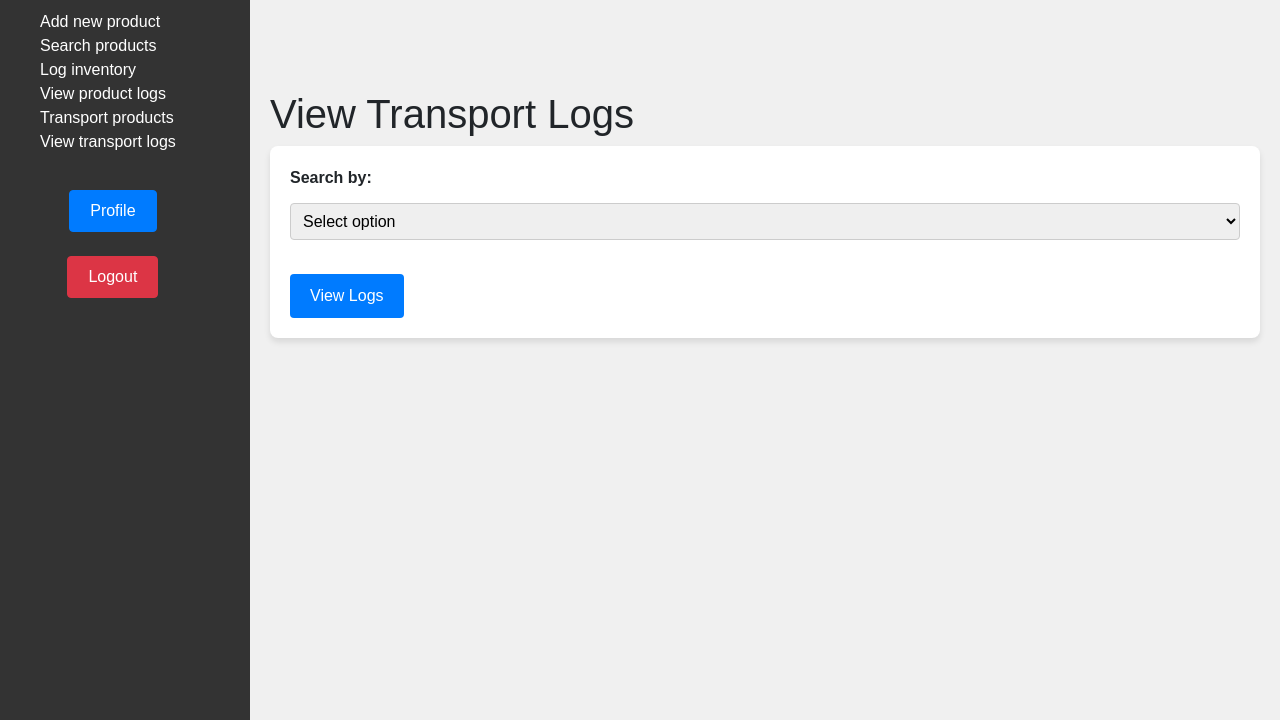
Repository: Warspinix/Flask-Web-Applications
Page: http://localhost/view_transport_logs
An editor plug-in stored every save of this project. The page is shown before and after the next save, followed by the edit.
The browser window is 1280 px wide. The pictures show the whole page.
The page is served by the project's application, run on Flask 3 (app.py). The session is filled in as if someone had signed in: {"user_id": 1, "first_name": "John"}.

Above is the page before, as saved 2024-06-13 20:54:27.
Console error: TypeError: Cannot read properties of null (reading 'addEventListener')

### templates/view_transport_logs.html
<!DOCTYPE html>
<html lang="en">
<head>
    <meta charset="UTF-8">
    <meta name="viewport" content="width=device-width, initial-scale=1.0">
    <title>View Transport Logs</title>
    <link rel="stylesheet" href="https://maxcdn.bootstrapcdn.com/bootstrap/4.0.0/css/bootstrap.min.css">
    <link rel="stylesheet" type="text/css" href="{{ url_for('static', filename='style.css') }}">
    <style>
        /* Additional styles specific to this page can be added here */
    </style>
</head>
<body>

    <!-- Navigation Bar -->
    <nav class="navbar" id="navbar">
        <div class="navbar-container">
            <!-- Functionality list -->
            <ul class="navbar-menu" id="menu">
                <li><a href="{{ url_for('add_product') }}">Add new product</a></li>
                <li><a href="{{ url_for('search_products') }}">Search products</a></li>
                <li><a href="{{ url_for('log_inventory') }}">Log inventory</a></li>
                <li><a href="{{ url_for('view_product_logs') }}">View product logs</a></li>
                <li><a href="{{ url_for('transport_products') }}">Transport products</a></li>
                <li><a href="{{ url_for('view_transport_logs') }}">View transport logs</a></li>
            </ul>

            <div class="profile-logout">
                <a href="{{ url_for('profile') }}" class="btn btn-primary">Profile</a><br>
                <a href="{{ url_for('logout') }}" class="btn btn-danger">Logout</a>
            </div>
        </div>
    </nav>

    <!-- Content Area -->
    <div class="content">
        <h1>View Transport Logs</h1>
        <form action="" method="post">
            {{ form.hidden_tag() }}
            <label for="search_by">Search by:</label>
            <select id="search_by" name="search_by">
                <option value="">Select option</option>
                <option value="id">Product ID</option>
                <option value="month">Month</option>
                <option value="both">Both</option>
            </select>
            <br><br>
            <div id="id_search" style="display: none;">
                <label for="product_id">Product ID:</label>
                <input type="number" id="product_id" name="product_id"><br><br>
            </div>
            <div id="month_search" style="display: none;">
                <label for="month">Select month:</label>
                <select id="month" name="month">
                    <option value="">Select month</option>
                    <option value="1">January</option>
                    <option value="2">February</option>
                    <option value="3">March</option>
                    <option value="4">April</option>
                    <option value="5">May</option>
                    <option value="6">June</option>
                    <option value="7">July</option>
                    <option value="8">August</option>
                    <option value="9">September</option>
                    <option value="10">October</option>
                    <option value="11">November</option>
                    <option value="12">December</option>
                </select>
                <br><br>
            </div>
            <input type="submit" value="View Logs">
        </form>

        {% if transport_logs %}
            <h2>Transport Logs:</h2>
            <table>
                <tr>
                    <th>ID</th>
                    <th>Product ID</th>
                    <th>Product Name</th>
                    <th>Quantity Transported</th>
                    <th>Log Date</th>
                    <th>Log Time</th>
                    <th>Logged by</th>
                </tr>
                {% for log in transport_logs %}
                <tr>
                    <td>{{ log[0] }}</td>
                    <td>{{ log[1] }}</td>
                    <td>{{ log[2] }}</td>
                    <td>{{ log[3] }}</td>
                    <td>{{ log[4] }}</td>
                    <td>{{ log[5] }}</td>
                    <td>{{ log[6] }}</td>
                </tr>
                {% endfor %}
            </table>
        {% endif %}
    </div>

    <!-- JavaScript for Navbar Toggle -->
    <script>
        const menuToggle = document.getElementById('menu-toggle');
        const sideNav = document.getElementById('side-nav');
        const navbar = document.getElementById('navbar');
        const menu = document.getElementById('menu');

        menuToggle.addEventListener('click', function() {
            sideNav.classList.toggle('active');
            navbar.classList.toggle('active');
            menu.classList.toggle('active');
        });

        document.getElementById('search_by').addEventListener('change', function() {
            var search_by = document.getElementById('search_by').value;
            if (search_by == 'id') {
                document.getElementById('id_search').style.display = 'block';
                document.getElementById('month_search').style.display = 'none';
            } else if (search_by == 'month') {
                document.getElementById('id_search').style.display = 'none';
                document.getElementById('month_search').style.display = 'block';
            } else if (search_by == 'both') {
                document.getElementById('id_search').style.display = 'block';
                document.getElementById('month_search').style.display = 'block';
            } else {
                document.getElementById('id_search').style.display = 'none';
                document.getElementById('month_search').style.display = 'none';
            }
        });
    </script>
</body>
</html>

### app.py
from flask import Flask, render_template, redirect, url_for, flash, session
import flask_mysqldb
from flask_wtf import FlaskForm
from wtforms import StringField, PasswordField, SubmitField, IntegerField, SelectField
from wtforms.validators import DataRequired, NumberRange, Optional
import os
import datetime
from flask_bcrypt import Bcrypt

secret_key = os.urandom(24).hex()

app = Flask(__name__)
app.config["SECRET_KEY"] = secret_key
app.config["MYSQL_HOST"] = "localhost"
app.config["MYSQL_USER"] = "root"
app.config["MYSQL_PASSWORD"] = ""
app.config["MYSQL_DB"] = "inventory"

bcrypt = Bcrypt(app)

mysql = flask_mysqldb.MySQL(app)

class RegistrationForm(FlaskForm):
    email = StringField("Email", validators=[DataRequired()])
    first_name = StringField("First Name", validators=[DataRequired()])
    last_name = StringField("Last Name", validators=[DataRequired()])
    password = PasswordField("Password", validators=[DataRequired()])
    submit = SubmitField("Register")

class LoginForm(FlaskForm):
    user_id = StringField("User ID", validators=[DataRequired()])
    password = PasswordField("Password", validators=[DataRequired()])
    submit = SubmitField("Login")

class AddProductForm(FlaskForm):
    product_name = StringField("Product Name", validators=[DataRequired()])
    submit = SubmitField("Add Product")

class SearchForm(FlaskForm):
    search_by = StringField("Search by", validators=[DataRequired()])
    search_term = StringField("Search term", validators=[DataRequired()])
    submit = SubmitField("Search")

class AddToInventoryForm(FlaskForm):
    product_id = StringField("Product ID", validators=[DataRequired()])
    quantity_added = StringField("Quantity to add", validators=[DataRequired()])
    submit = SubmitField("Add to Inventory")

from flask_wtf import FlaskForm
from wtforms import SelectField, StringField, SubmitField
from wtforms.validators import DataRequired, Optional

class ViewProductLogsForm(FlaskForm):
    search_by = SelectField("Search by", choices=[
        ('', 'Select option'),
        ('id', 'Product ID'),
        ('month', 'Month'),
        ('both', 'Both')
    ], validators=[DataRequired()])
    product_id = StringField("Product ID", validators=[Optional()])
    month = SelectField("Select month", choices=[
        ('', 'Select month'),
        ('1', 'January'), ('2', 'February'), ('3', 'March'), ('4', 'April'),
        ('5', 'May'), ('6', 'June'), ('7', 'July'), ('8', 'August'),
        ('9', 'September'), ('10', 'October'), ('11', 'November'), ('12', 'December')
    ], validators=[Optional()])
    submit = SubmitField("View Logs")


class TransportForm(FlaskForm):
    product_id = IntegerField('Product ID', validators=[DataRequired(), NumberRange(min=1)])
    quantity_transported = IntegerField('Quantity to transport', validators=[DataRequired(), NumberRange(min=1)])
    submit = SubmitField('Transport')

class ViewTransportLogsForm(FlaskForm):
    search_by = SelectField("Search by", choices=[('', 'Select option'), ('id', 'Product ID'), ('month', 'Month'), ('both', 'Both')], validators=[DataRequired()])
    product_id = StringField("Product ID", validators=[Optional()])
    month = StringField("Select month", validators=[Optional()])
    submit = SubmitField("View Logs")


@app.route("/")
def index():
    return render_template("index.html")

@app.route("/register", methods=["GET", "POST"])
def register():
    form = RegistrationForm()
    if form.validate_on_submit():
        cur = mysql.connection.cursor()
        cur.execute("SELECT COUNT(*) FROM users")
        count = cur.fetchone()[0] + 1
        user_id = str(datetime.date.today().year) + str(count).zfill(3)
        registration_date = datetime.date.today()
        registration_time = datetime.datetime.now().time()
        hashed_password = bcrypt.generate_password_hash(form.password.data).decode('utf-8')
        cur.execute("INSERT INTO users (id, email, first_name, last_name, password, registration_date, registration_time) VALUES (%s, %s, %s, %s, %s, %s, %s)",
                    (user_id, form.email.data, form.first_name.data, form.last_name.data, hashed_password, registration_date, registration_time))
        mysql.connection.commit()
        # flash("Registration successful! You will be redirected to the home page in 3 seconds.")
        # return render_template("register_success.html")
        return redirect(url_for("index"))
    return render_template("register.html", form=form)

@app.route("/login", methods=["GET", "POST"])
def login():
    form = LoginForm()
    if form.validate_on_submit():
        cur = mysql.connection.cursor()
        print(form.user_id.data)
        print(form.password.data)
        cur.execute("SELECT password, first_name FROM users WHERE email = %s", (form.user_id.data,))
        result = cur.fetchone()
        print(result)
        if result:
            hashed_password = result[0]
            if bcrypt.check_password_hash(hashed_password, form.password.data):
                session['user_id'] = form.user_id.data
                session['first_name'] = result[1]  # Store first name in session
                return redirect(url_for("dashboard"))
            else:
                flash("Invalid user ID or password")
        else:
            flash("Invalid user ID or password")
    return render_template("login.html", form=form)

@app.route("/logout")
def logout():
    session.pop('user_id', None)
    session.pop('first_name', None)
    return redirect(url_for("index"))

@app.route("/dashboard")
def dashboard():
    if 'user_id' not in session:
        return redirect(url_for("login"))
    return render_template("dashboard.html", user_id=session['user_id'], first_name=session['first_name'])

@app.route("/profile")
def profile():
    if 'user_id' not in session:
        return redirect(url_for("login"))
    cur = mysql.connection.cursor()
    cur.execute("SELECT email, first_name, last_name, registration_date FROM users WHERE id = %s", (session['user_id'],))
    result = cur.fetchone()
    if result:
        return render_template("profile.html", email=result[0], first_name=result[1], last_name=result[2], registration_date=result[3])
    else:
        flash("User not found")
        return redirect(url_for("dashboard"))

@app.route("/add_product", methods=["GET", "POST"])
def add_product():
    if 'user_id' not in session:
        return redirect(url_for("login"))
    form = AddProductForm()
    if form.validate_on_submit():
        cur = mysql.connection.cursor()
        cur.execute("INSERT INTO products (name, quantity) VALUES (%s, %s)",
                    (form.product_name.data, 0))
        mysql.connection.commit()
        cur.execute("SELECT id FROM products ORDER BY id DESC LIMIT 1")
        product_id = cur.fetchone()[0]
        flash("Product added successfully! Product ID is " + str(product_id))
    return render_template("add_product.html", form=form, user_id=session['user_id'], first_name=session['first_name'])

@app.route("/search_products", methods=["GET", "POST"])
def search_products():
    if 'user_id' not in session:
        return redirect(url_for("login"))
    form = SearchForm()
    if form.validate_on_submit():
        cur = mysql.connection.cursor()
        if form.search_by.data == "id":
            cur.execute("SELECT * FROM products WHERE id = %s", (form.search_term.data,))
        else:
            cur.execute("SELECT * FROM products WHERE name LIKE %s", ("%" + form.search_term.data + "%",))
        products = cur.fetchall()
        return render_template("search_products.html", form=form, products=products, user_id=session['user_id'], first_name=session['first_name'])
    return render_template("search_products.html", form=form, user_id=session['user_id'], first_name=session['first_name'])

@app.route("/log_inventory", methods=["GET", "POST"])
def log_inventory():
    if 'user_id' not in session:
        return redirect(url_for("login"))
    form = AddToInventoryForm()
    if form.validate_on_submit():
        cur = mysql.connection.cursor()
        cur.execute("SELECT quantity FROM products WHERE id = %s", (form.product_id.data,))
        result = cur.fetchone()
        if result:
            new_quantity = result[0] + int(form.quantity_added.data)
            cur.execute("UPDATE products SET quantity = %s WHERE id = %s", (new_quantity, form.product_id.data))
            mysql.connection.commit()
            cur.execute("INSERT INTO products_log (product_id, quantity_added, log_date, log_time, user_id) VALUES (%s, %s, %s, %s, %s)",
                        (form.product_id.data, form.quantity_added.data, datetime.date.today(), datetime.datetime.now().time(), session['user_id']))
            mysql.connection.commit()
            flash("Inventory updated successfully!")
        else:
            flash("Product not found")
    return render_template("log_inventory.html", form=form, user_id=session['user_id'], first_name=session['first_name'])

@app.route("/view_product_logs", methods=["GET", "POST"])
def view_product_logs():
    if 'user_id' not in session:
        return redirect(url_for("login"))

    form = ViewProductLogsForm()
    product_logs = None

    if form.validate_on_submit():
        search_by = form.search_by.data
        product_id = form.product_id.data
        month = form.month.data

        query = """SELECT pl.product_id, p.name, pl.quantity_added, pl.log_date, pl.log_time,
                          CONCAT(u.first_name, ' ', u.last_name) AS full_name
                   FROM products_log pl
                   JOIN products p ON pl.product_id = p.id
                   JOIN users u ON pl.user_id = u.id"""
        conditions = []
        params = []

        if search_by == 'id':
            conditions.append("pl.product_id = %s")
            params.append(product_id)
        elif search_by == 'month':
            conditions.append("MONTH(pl.log_date) = %s")
            params.append(month)
        elif search_by == 'both':
            conditions.append("pl.product_id = %s AND MONTH(pl.log_date) = %s")
            params.append(product_id)
            params.append(month)

        if conditions:
            query += " WHERE " + " AND ".join(conditions)

        cur = mysql.connection.cursor()
        cur.execute(query, tuple(params))
        product_logs = cur.fetchall()

    return render_template("view_product_logs.html", form=form, product_logs=product_logs, user_id=session['user_id'], first_name=session['first_name'])

@app.route("/transport_products", methods=["GET", "POST"])
def transport_products():
    if 'user_id' not in session:
        return redirect(url_for("login"))
    form = TransportForm()
    if form.validate_on_submit():
        cur = mysql.connection.cursor()
        cur.execute("SELECT quantity FROM products WHERE id = %s", (form.product_id.data,))
        result = cur.fetchone()
        if result:
            current_quantity = result[0]
            if current_quantity >= form.quantity_transported.data:
                new_quantity = current_quantity - form.quantity_transported.data
                cur.execute("UPDATE products SET quantity = %s WHERE id = %s", (new_quantity, form.product_id.data))
                mysql.connection.commit()
                cur.execute("INSERT INTO transports_log (product_id, user_id, quantity_transported, log_date, log_time) VALUES (%s, %s, %s, %s, %s)",
                            (form.product_id.data, session['user_id'], form.quantity_transported.data, datetime.date.today(), datetime.datetime.now().time()))
                mysql.connection.commit()
                flash("Product transported successfully!")
            else:
                flash("Not enough quantity in stock")
        else:
            flash("Product not found")
    return render_template("transport_products.html", form=form, user_id=session['user_id'], first_name=session['first_name'])

@app.route("/view_transport_logs", methods=["GET", "POST"])
def view_transport_logs():
    if 'user_id' not in session:
        return redirect(url_for("login"))
    form = ViewTransportLogsForm()
    transport_logs = None
    if form.validate_on_submit():
        search_by = form.search_by.data
        product_id = form.product_id.data
        month = form.month.data

        query = """SELECT tl.id, tl.product_id, p.name, tl.quantity_transported, tl.log_date, tl.log_time,
                          CONCAT(u.first_name, ' ', u.last_name) AS full_name
                   FROM transports_log tl
                   JOIN products p ON tl.product_id = p.id
                   JOIN users u ON tl.user_id = u.id"""
        params = []

        if search_by == 'id':
            query += " WHERE tl.product_id = %s"
            params.append(product_id)
        elif search_by == 'month':
            query += " WHERE MONTH(tl.log_date) = %s"
            params.append(month)
        elif search_by == 'both':
            query += " WHERE tl.product_id = %s AND MONTH(tl.log_date) = %s"
            params.append(product_id)
            params.append(month)

        cur = mysql.connection.cursor()
        cur.execute(query, tuple(params))
        transport_logs = cur.fetchall()

    return render_template("view_transport_logs.html", form=form, transport_logs=transport_logs, user_id=session['user_id'], first_name=session['first_name'])

if __name__ == "__main__":
    app.run(debug=True)

### static/style.css
/* Reset default styles */
* {
    margin: 0;
    padding: 0;
    box-sizing: border-box;
}

body {
    font-family: Arial, sans-serif;
    background-color: #f0f0f0;
    display: flex;
    flex-direction: column;
    min-height: 100vh;
}

/* Navigation Bar styles */
.navbar {
    background-color: #333;
    color: #fff;
    padding: 10px 20px;
    position: fixed;
    width: 250px; /* Set the width */
    height: 100%;
    top: 0;
    left: 0;
    z-index: 1000;
    transition: all 0.3s ease;
}

.navbar-container {
    display: flex;
    flex-direction: column;
    height: 100%;
}

.navbar-header {
    display: flex;
    align-items: center;
    justify-content: space-between; /* Adjust spacing */
    margin-bottom: 20px; /* Adjust spacing */
}

.navbar-brand {
    color: #fff;
    text-decoration: none;
    font-size: 1.5rem;
    margin-left: 10px;
}

.navbar-menu {
    list-style-type: none;
    display: flex;
    flex-direction: column;
    margin-top: 0; /* Push menu items to the bottom */
}

.navbar-menu li {
    margin-right: 0; /* Remove margin */
}

.navbar-menu li a {
    color: #fff;
    text-decoration: none;
    padding: 10px 20px;
    transition: color 0.3s ease;
}

.navbar-menu li a:hover {
    background-color: #007bff;
}

/* Profile and logout buttons */
.profile-logout {
    display: flex;
    flex-direction: column;
    align-items: center;
    margin-top: auto; /* Push to the bottom */
    margin-bottom: 20px; /* Adjust spacing */
}

.profile-logout a {
    color: #fff;
    text-decoration: none;
    padding: 8px 20px;
    border-radius: 4px;
    transition: background-color 0.3s ease;
}

.profile-logout a.btn-primary {
    background-color: #007bff;
}

.profile-logout a.btn-danger {
    background-color: #dc3545;
}

.profile-logout a.btn:hover {
    background-color: #0056b3;
}

/* Menu toggle button */
.menu-toggle {
    background: none;
    border: none;
    cursor: pointer;
    display: none;
    padding: 5px;
    position: absolute;
    top: 10px;
    right: 10px;
    z-index: 1500;
}

.menu-toggle span {
    background-color: #fff;
    display: block;
    height: 2px;
    margin-bottom: 4px;
    transition: transform 0.2s ease, background-color 0.2s ease;
    width: 20px;
}

.menu-toggle span:nth-child(1) {
    transform: translateY(6px) rotate(45deg);
}

.menu-toggle span:nth-child(2) {
    opacity: 0;
}

.menu-toggle span:nth-child(3) {
    transform: translateY(-6px) rotate(-45deg);
}

@media screen and (max-width: 768px) {
    .navbar {
        width: 250px;
        transform: translateX(-100%);
        transition: transform 0.3s ease;
    }

    .navbar.active {
        transform: translateX(0);
    }

    .navbar-container {
        flex-direction: row;
    }

    .navbar-header {
        margin-bottom: 20px; /* Adjust spacing */
        width: 100%;
        display: flex;
        justify-content: space-between;
    }

    .navbar-brand {
        margin-bottom: 0; /* Adjust spacing */
    }

    .navbar-menu {
        flex-direction: column;
        margin-top: 0;
        width: 100%;
    }

    .navbar-menu.active {
        flex-direction: column;
    }

    .menu-toggle {
        display: block;
    }

    .profile-logout {
        flex-direction: row;
        justify-content: space-between;
    }

    .profile-logout a {
        margin-left: 10px;
        margin-bottom: 0;
    }
}

/* Side Navigation for small screens */
.side-nav {
    position: fixed;
    top: 0;
    left: -250px;
    width: 250px;
    height: 100%;
    background-color: #333;
    transition: all 0.3s ease;
    z-index: 1200;
}

.side-nav.active {
    left: 0;
}

.side-nav ul {
    list-style-type: none;
    padding: 0;
    margin: 20px 0;
}

.side-nav ul li {
    padding: 10px;
    border-bottom: 1px solid #666;
}

.side-nav ul li a {
    color: #fff;
    text-decoration: none;
    display: block;
    transition: all 0.3s ease;
}

.side-nav ul li a:hover {
    background-color: #007bff;
}

/* Content area */
.content {
    margin-left: 250px; /* Width of the side nav */
    margin-top: 70px;
    padding: 20px;
    flex: 1;
}

/* Form styles */
form {
    background-color: #fff;
    padding: 20px;
    border-radius: 8px;
    box-shadow: 0 4px 6px rgba(0, 0, 0, 0.1);
}

form label {
    font-weight: bold;
}

form input[type="number"],
form select {
    padding: 8px;
    margin-top: 5px;
    width: 100%;
    border: 1px solid #ccc;
    border-radius: 4px;
}

form input[type="submit"] {
    background-color: #007bff;
    color: #fff;
    border: none;
    padding: 10px 20px;
    cursor: pointer;
    margin-top: 10px;
    border-radius: 4px;
    transition: background-color 0.3s ease;
}

form input[type="submit"]:hover {
    background-color: #0056b3;
}

/* Table styles */
table {
    width: 100%;
    margin-top: 20px;
    border-collapse: collapse;
    border-radius: 8px;
    overflow: hidden;
    box-shadow: 0 4px 6px rgba(0, 0, 0, 0.1);
}

table th, table td {
    padding: 12px 15px;
    text-align: left;
    border-bottom: 1px solid #ddd;
}

table th {
    background-color: #007bff;
    color: #fff;
}

/* Profile and logout buttons */
.profile-logout {
    text-align: right;
    margin-top: 20px;
}

.profile-logout a {
    margin-left: 10px;
}

.profile-logout a.btn {
    color: #fff;
    text-decoration: none;
    padding: 8px 20px;
    border-radius: 4px;
    transition: background-color 0.3s ease;
}

.profile-logout a.btn.btn-primary {
    background-color: #007bff;
}

.profile-logout a.btn.btn-danger {
    background-color: #dc3545;
}

.profile-logout a.btn:hover {
    background-color: #0056b3;
}

After the next save:
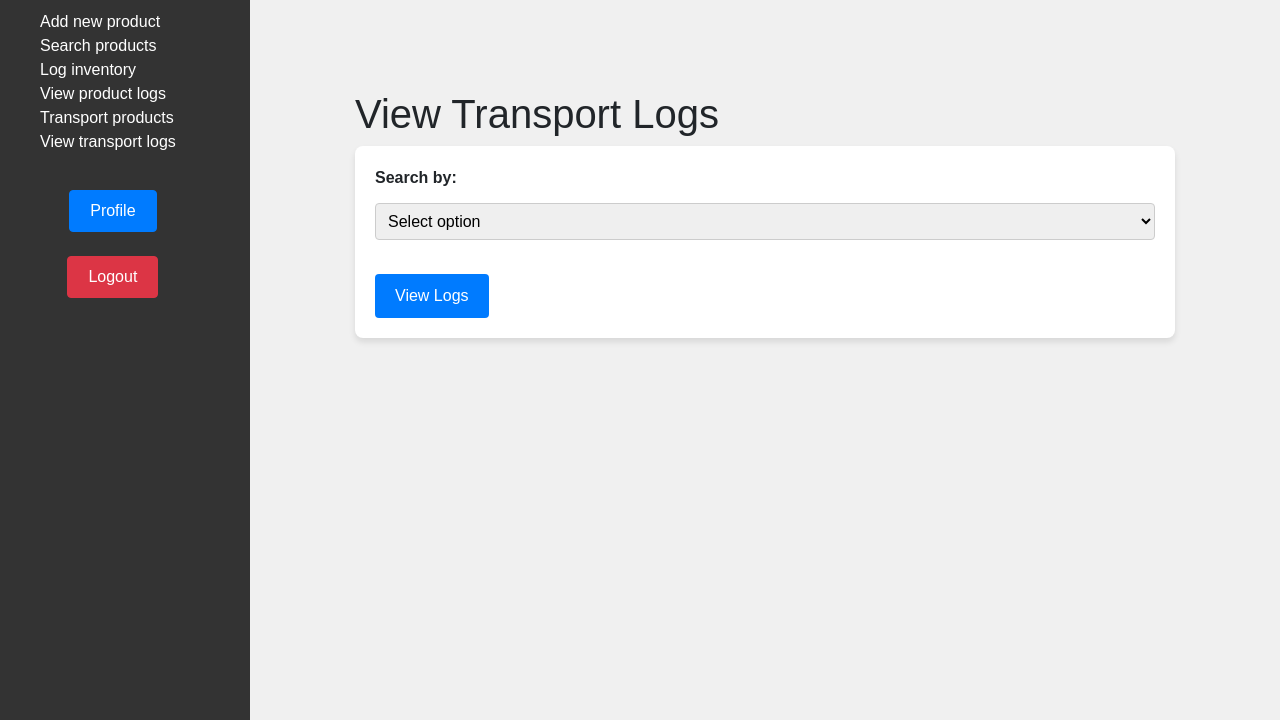
Saved 88 s later.
--- a/templates/view_transport_logs.html
+++ b/templates/view_transport_logs.html
@@ -11,8 +11,8 @@
     </style>
 </head>
 <body>
-
-    <!-- Navigation Bar -->
+    <div class="container">
+        <!-- Navigation Bar -->
     <nav class="navbar" id="navbar">
         <div class="navbar-container">
             <!-- Functionality list -->
@@ -98,6 +98,8 @@
         {% endif %}
     </div>
 
+    </div>
+
     <!-- JavaScript for Navbar Toggle -->
     <script>
         const menuToggle = document.getElementById('menu-toggle');
